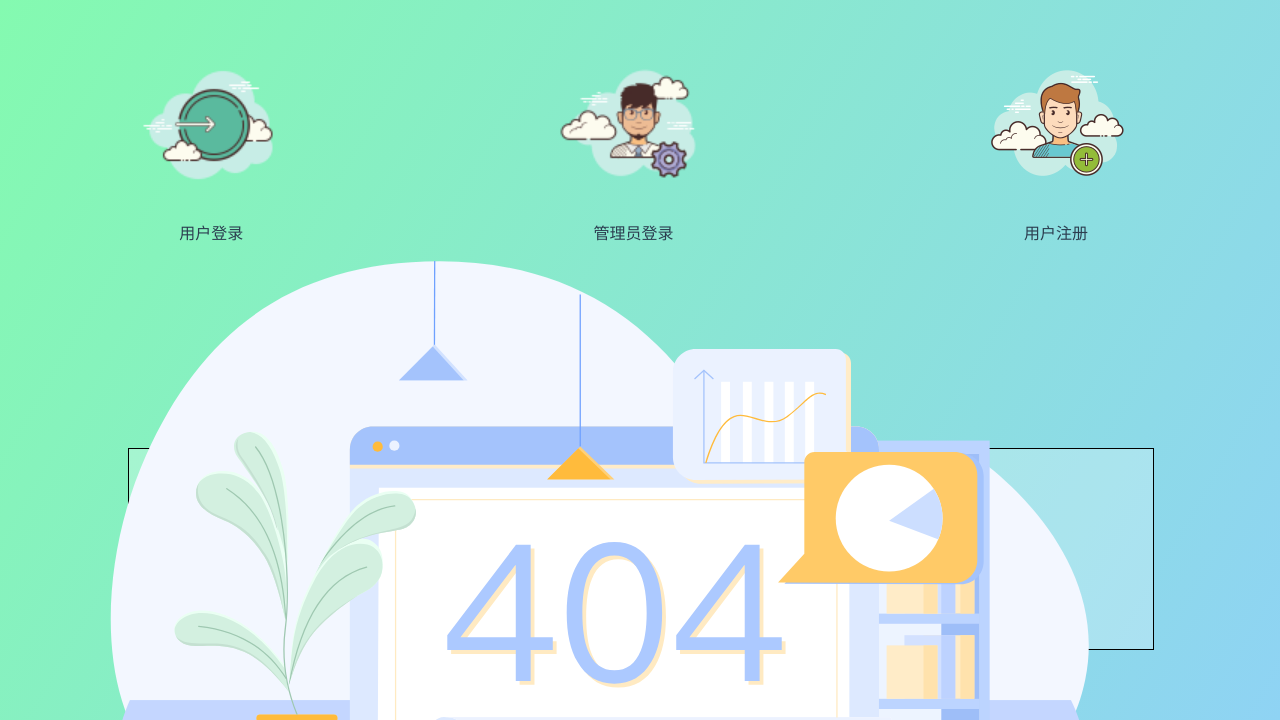
Repository: Akron-xz/helloVue
Page: / (app in vue-library/)
An editor plug-in stored every save of this project. The page is shown before and after the next save, followed by the edit.
The browser window is 1280 px wide. The pictures show the whole page.
The page's requests for data from a server got no answer. The project was rebuilt for these pictures with package versions that can differ from the ones it lists, and the page was loaded fresh each time. No one was signed in, and anything a server would have sent is missing.

Above is the page before, as saved 2020-11-24 09:04:38.

### vue-library/src/main.js
import Vue from 'vue'
import App from './App.vue'
import ElementUI from 'element-ui';
import 'element-ui/lib/theme-chalk/index.css';
import axios from "axios"
import router from './router'
import Router from 'vue-router'

const routerPush = Router.prototype.push
Router.prototype.push = function push(location) {
    return routerPush.call(this, location).catch(error => error)
}

Vue.config.productionTip = false
Vue.use(ElementUI);
Vue.prototype.$axios = axios;


new Vue({
    router,
    render: h => h(App)
}).$mount('#app')

### vue-library/src/router/index.js
import Vue from 'vue'
import VueRouter from 'vue-router'
import Home from '../views/Home.vue'


Vue.use(VueRouter)

const routes = [{
        path: '/',
        name: 'Home',
        component: Home
    },
    {
        path: '/about',
        name: 'About',
        // route level code-splitting
        // this generates a separate chunk (about.[hash].js) for this route
        // which is lazy-loaded when the route is visited.
        component: () =>
            import ( /* webpackChunkName: "about" */ '../views/About.vue')
    },
    {
        path: '/admin',
        name: 'Admin',
        // route level code-splitting
        // this generates a separate chunk (about.[hash].js) for this route
        // which is lazy-loaded when the route is visited.
        component: () =>
            import ( /* webpackChunkName: "about" */ '../views/Administrator.vue')
    },
    {
        path: "/userLogin",
        name: "UserLogin",
        component: () =>
            import ('../views/UserLogin.vue')
    },
    {
        path: "/user",
        name: "User",
        component: () =>
            import ( /* webpackChunkName: "about" */ '../views/User.vue')
    },
    {
        path: "/signup",
        name: "SignUp",
        component: () =>
            import ('../views/SignUp.vue')
    },
    {
        path: "/adminmain",
        name: "AdminMain",
        component: () =>
            import ('../views/AdminMain.vue')
    },
    {

        path: "/MyInformation",
        name: "MyInformation",
        component: () =>
            import ('../views/MyInformation.vue')
    },
    {
        path: "/library",
        name: "Library",
        component: () =>
            import ( /* webpackChunkName: "about" */ '../views/Library.vue')

    },
    {
        path: "/modifymsg",
        name: "ModifyMsg",
        component: () =>
            import ('../views/ModifyMsg.vue')
    },
    {
        path: "/borrowhistory",
        name: "BorrowHistory",
        component: () =>
            import ('../views/BorrowHistory.vue')
    },
    {
        path: "/newissue",
        name: "NewIssue",
        component: () =>
            import ('../views/NewIssue.vue')
    },
    {
        path: "/booksearch",
        name: "BookSearch",
        component: () =>
            import ('../views/BookSearch.vue')
    },
    {
        path: "/MyBookshelves",
        name: "MyBookshelves",
        component: () =>
            import ('../views/MyBookshelves.vue')
    },
    {
        path: "/modifyAnnounce",
        name: "ModifyAnnounce",
        component: () =>
            import ('../views/ModifyAnnounce.vue')
    },
    {
        path: "/statistics",
        name: "Statistics",
        component: () =>
            import ('../views/Statistics.vue')
    },


]

const router = new VueRouter({
    routes
})

export default router

### vue-library/src/views/Home.vue
<template>
  <div class="home-container">
    <div class="login box">
      <img src="/img/home/login.png" alt="" class="home-img" @click="toLogin" />
      <p class="logo-name" @click="toLogin">用户登录</p>
    </div>

    <div class="admin box">
      <img src="/img/home/admin.png" alt="" class="home-img" @click="toAdmin" />
      <p class="logo-name" @click="toAdmin">管理员登录</p>
    </div>

    <div class="signup box">
      <img
        src="/img/home/signup.png"
        alt=""
        class="home-img"
        @click="toSignUp"
      />
      <p class="logo-name" @click="toSignUp">用户注册</p>
    </div>

    <div class="announce-box">
      <h1>图书馆公告:</h1>
      <p>{{ announceContent }}</p>
    </div>
    <div class="img">
      <img src="/img/anoncementImg.svg" alt="" class="anoncementImg">
    </div>
  </div>
</template>>


<script>
import axios from "axios";
export default {
  data() {
    return {
      announceTime: "",
      announceContent: "",
      permission: false,
    };
  },
  methods: {
    getAnnounce() {
      axios({
        method: "get",
        url: "http://localhost:8081/announce/list",
      })
        .then((res) => {
          let announceContent = res.data.announceContent;
          this.announceContent = announceContent;
          console.log(announceContent);
        })
        .catch(function (error) {
          //请求失败
          console.log("error...", error);
        });
    },
    // 登录
    toLogin() {
      this.permission = true;
      this.$router.push({ path: "/UserLogin" });
    },
    // 管理员登录
    toAdmin() {
      this.permission = true;
      this.$router.push({ path: "/admin" });
    },
    // 注册账号
    toSignUp() {
      this.permission = true;
      this.$router.push({ path: "/signup" });
    },
  },
  created() {
    this.getAnnounce();
  },

  // 只有点击上面 用户登录 或 管理员登录 或 注册 才能跳转 (导航守卫)
  // beforeRouteLeave (to, from, next) {
  //   if (this.permission) {
  //     next();
  //   }else {
  //     next(false);
  //   }
  // }
};
</script>

<style  scoped>
.home-container {
  position: fixed;
  left: 0;
  top: 0;
  width: 100%;
  height: 100%;
  background-repeat: no-repeat;
  background-size: 100%;
  background-image: linear-gradient(120deg, #84fab0 0%, #8fd3f4 100%);
  text-align: center;
}

.home-img {

  width: 150px;
  height: 150px;
  margin-top: 50px;
  border-radius: 80px;
  cursor: pointer;
  transition: width 1s, height 1s, transform 1s;
}

.home-img:hover {
  width: 180px;
  height: 180px;
}

.logo-name:hover {
  cursor: pointer;
  color: blue;
}

.box {
  list-style-type: none;
  float: left;
  width: 33%;
}

.announce-box {
  position: absolute;
  bottom: 70px;
  left: 10%;
  height: 200px;
  width: 80%;
  background-color: #ffffff40;
  border: 1px solid black;
}

.announce-box h1 {
  margin-top: 0;
}

.img{
  margin-left: 100px;
  height: 100px;
  width: 1000px;
}
.anoncementImg{
  position: relative;
  height: 580px;
  width: 1000px;
}



</style>>

Loaded but not shown: vue-library/public/index.html (common file); vue-library/src/App.vue (common file)

After the next save:
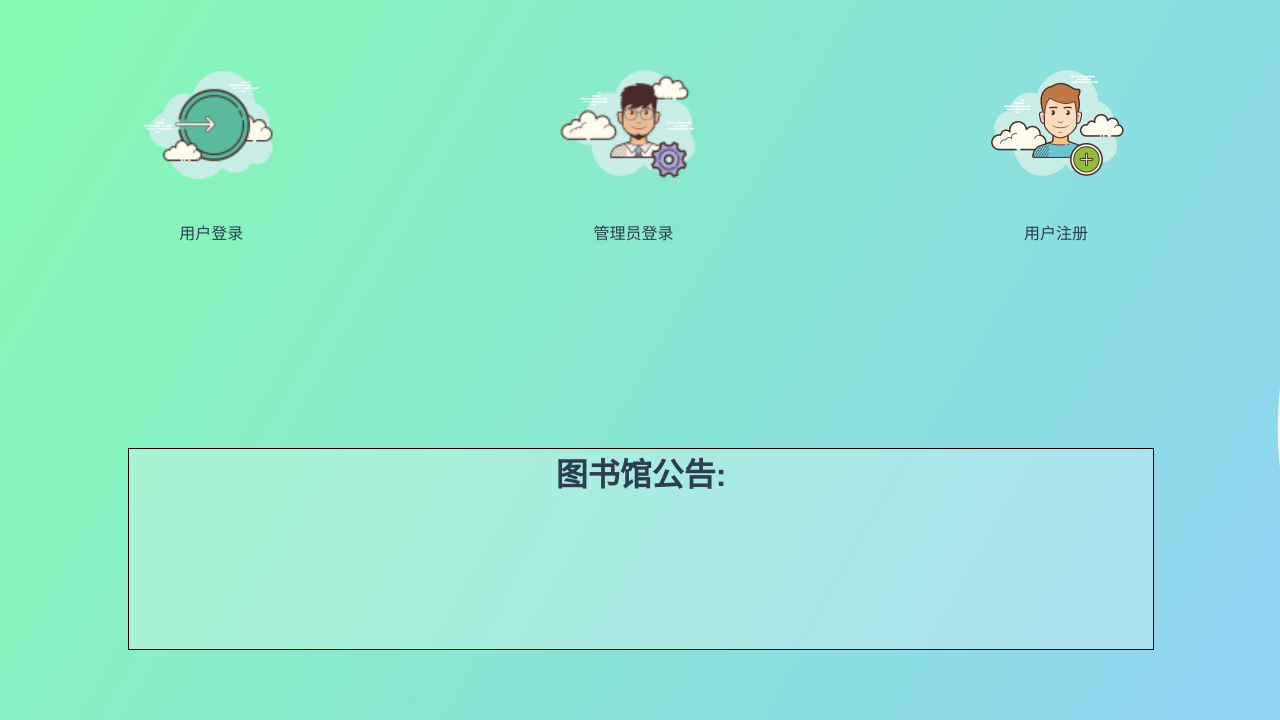
Saved 20 s later.
--- a/vue-library/src/views/Home.vue
+++ b/vue-library/src/views/Home.vue
@@ -147,7 +147,8 @@ export default {
   width: 1000px;
 }
 .anoncementImg{
-  position: relative;
+  position: absolute;
+  bottom: 70px;
   height: 580px;
   width: 1000px;
 }
